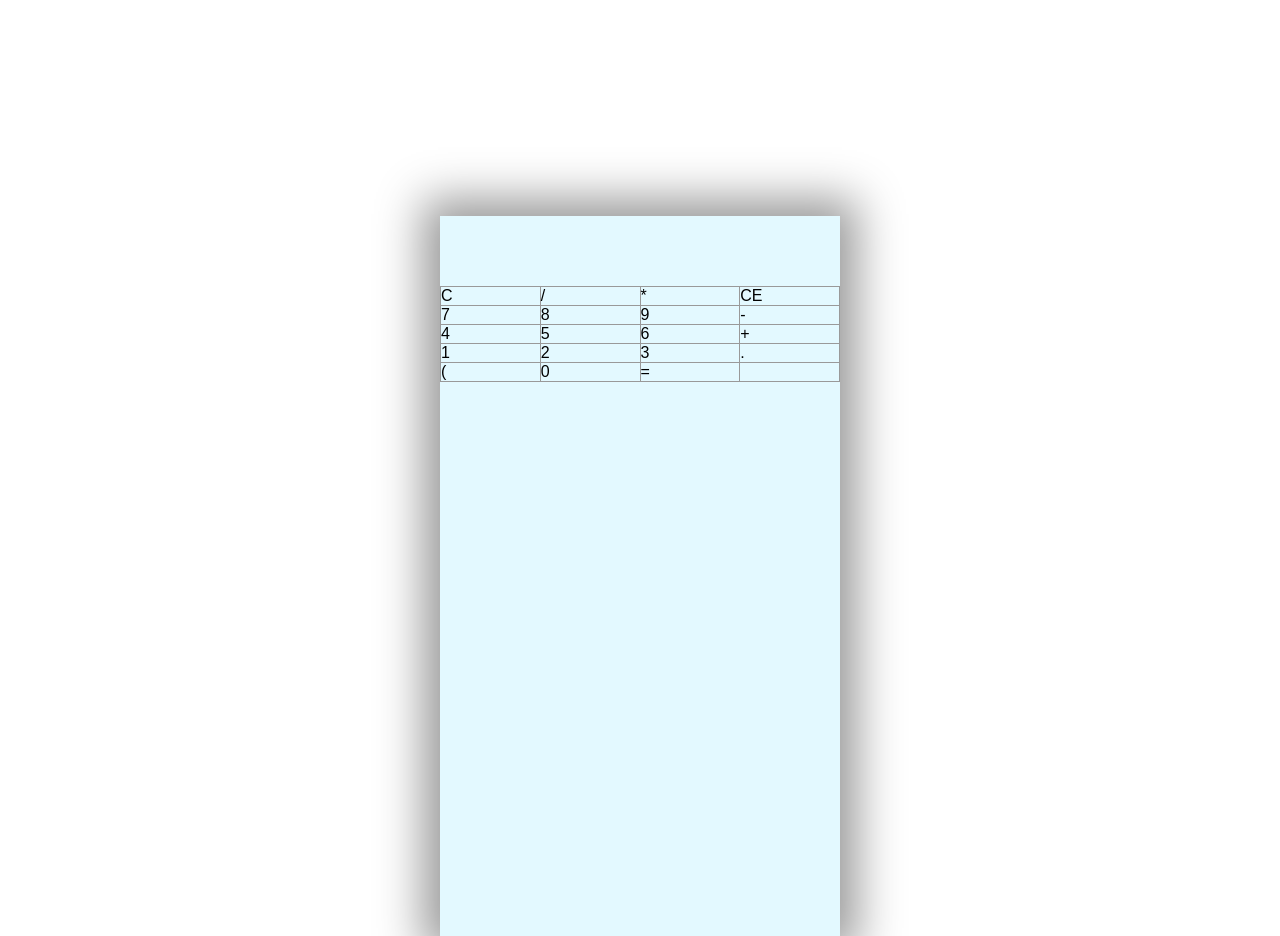
Repository: LuisMiLR/Calculatrice-with-JS---HTML---CSS-
Page: index.html
These files come from the project's save history. The page is drawn as it stood at one moment and after the next save; the edit follows.
The browser window is 1280 px wide. The pictures show the whole page.

Above is the page before, as saved 2023-03-20 15:18:31.

### index.html
<!DOCTYPE html>
<html lang="fr">
<head>
    <meta charset="UTF-8">
    <meta http-equiv="X-UA-Compatible" content="IE=edge">
    <meta name="viewport" content="width=device-width, initial-scale=1.0">
    <title>Calculator with javascript</title>
    <link rel="stylesheet" href="./style.css">
    <script src="app.js" type="module"></script>
</head>
<body>
    <div class="container"></div>

</body>
</html>

### style.css
*{
    padding: 0;
    margin: 0;
    font-family: sans-serif;
    box-sizing: border-box;
}

.container {
    width: 400px;
    height: 100vh;
    background:#e3f9ff;
    margin: 10vh auto 0 auto;
    margin-top: 30vh;
    box-shadow: 0px 0px 43px 17px rgba(153,153,153,1);
}
#display {
    text-align: right;
    backgroundcolor: #83ba15;
    height: 70px;
    line-height: 70px;
    padding: 16px 8px;
    font-size: 25px;
}

.buttons {
    display: grid;
    border-bottom: 1px solid #999;
    border-left: 1px solid #999;
    grid-template-columns: 1fr 1fr 1fr 1fr;
}

.buttons > div {
    border-top: 1px solid #999;
    border-right: 1px solid #999;
}
.button1, .button2, .button3, .button4, .button5, .button6, .button7,.button8, .button9, .button10, .button11, .button12, .button13, .button14, .button15, .button16, .button17, .button18, .button19 {
    border:  0.5px solid #999;
    line-height: 100px;
    text-align: center;
    font-size: 25px;
    cursor: pointer;
}

#equal {
    background-color: #5555ff;
    color : white;
}

.button1:hover, .button2:hover, .button3:hover, .button4:hover, .button5:hover, .button6:hover, .button7:hover, .button8:hover, .button9:hover, .button10:hover, .button11:hover, .button12:hover, .button13:hover, .button14:hover, .button15:hover, .button16:hover, .button17:hover, .button18:hover, .button19:hover {
background-color: #83ba15;
color: white;
transition: 0.5 ease-in-out;
}

### app.js
document.addEventListener('DOMContentLoaded', () => {
const container = document.querySelector('.container');

const divId = document.createElement("div");
container.appendChild(divId);
divId.id = 'display';

const buttons = document.createElement("div");
buttons.classList.add("buttons");
container.appendChild(buttons);

const button = document.createElement('div');
button.className = "bouton";
button.textContent = "C";
buttons.appendChild(button);

const button1 = document.createElement('div');
button1.className = "bouton1";
button1.textContent = "/";
buttons.appendChild(button1);

const button2 = document.createElement('div');
button2.className = "bouton2";
button2.textContent = "*";
buttons.appendChild(button2);

const button3 = document.createElement('div');
button3.className = "bouton3";
button3.textContent = "CE";
buttons.appendChild(button3);

const button4 = document.createElement('div');
button4.className = "bouton4";
button4.textContent = "7";
buttons.appendChild(button4);

const button5 = document.createElement('div');
button5.className = "bouton5";
button5.textContent = "8";
buttons.appendChild(button5);

const button6 = document.createElement('div');
button6.className = "bouton6";
button6.textContent = "9";
buttons.appendChild(button6);

const button7 = document.createElement('div');
button7.className = "bouton7";
button7.textContent = "-";
buttons.appendChild(button7);

const button8 = document.createElement('div');
button8.className = "bouton8";
button8.textContent = "4";
buttons.appendChild(button8);

const button9 = document.createElement('div');
button9.className = "bouton9";
button9.textContent = "5";
buttons.appendChild(button9);

const button10 = document.createElement('div');
button10.className = "bouton10";
button10.textContent = "6";
buttons.appendChild(button10);

const button11 = document.createElement('div');
button11.className = "bouton11";
button11.textContent = "+";
buttons.appendChild(button11);

const button12 = document.createElement('div');
button12.className = "bouton12";
button12.textContent = "1";
buttons.appendChild(button12);

const button13 = document.createElement('div');
button13.className = "bouton13";
button13.textContent = "2";
buttons.appendChild(button13);

const button14 = document.createElement('div');
button14.className = "bouton14";
button14.textContent = "3";
buttons.appendChild(button14);

const button15 = document.createElement('div');
button15.className = "bouton15";
button15.textContent = ".";
buttons.appendChild(button15);

const button16 = document.createElement('div');
button16.className = "bouton16";
button16.textContent = "(";
buttons.appendChild(button16);

const button17 = document.createElement('div');
button17.className = "bouton17";
button17.textContent = "0";
buttons.appendChild(button17);

const button18 = document.createElement('div');
button18.className = "bouton18";
button18.textContent = ")";
buttons.appendChild(button18);

const button19 = document.createElement("div");
button19.setAttribute("id","button19");
button18.textContent = "=";
buttons.appendChild(button19);

})

After the next save:
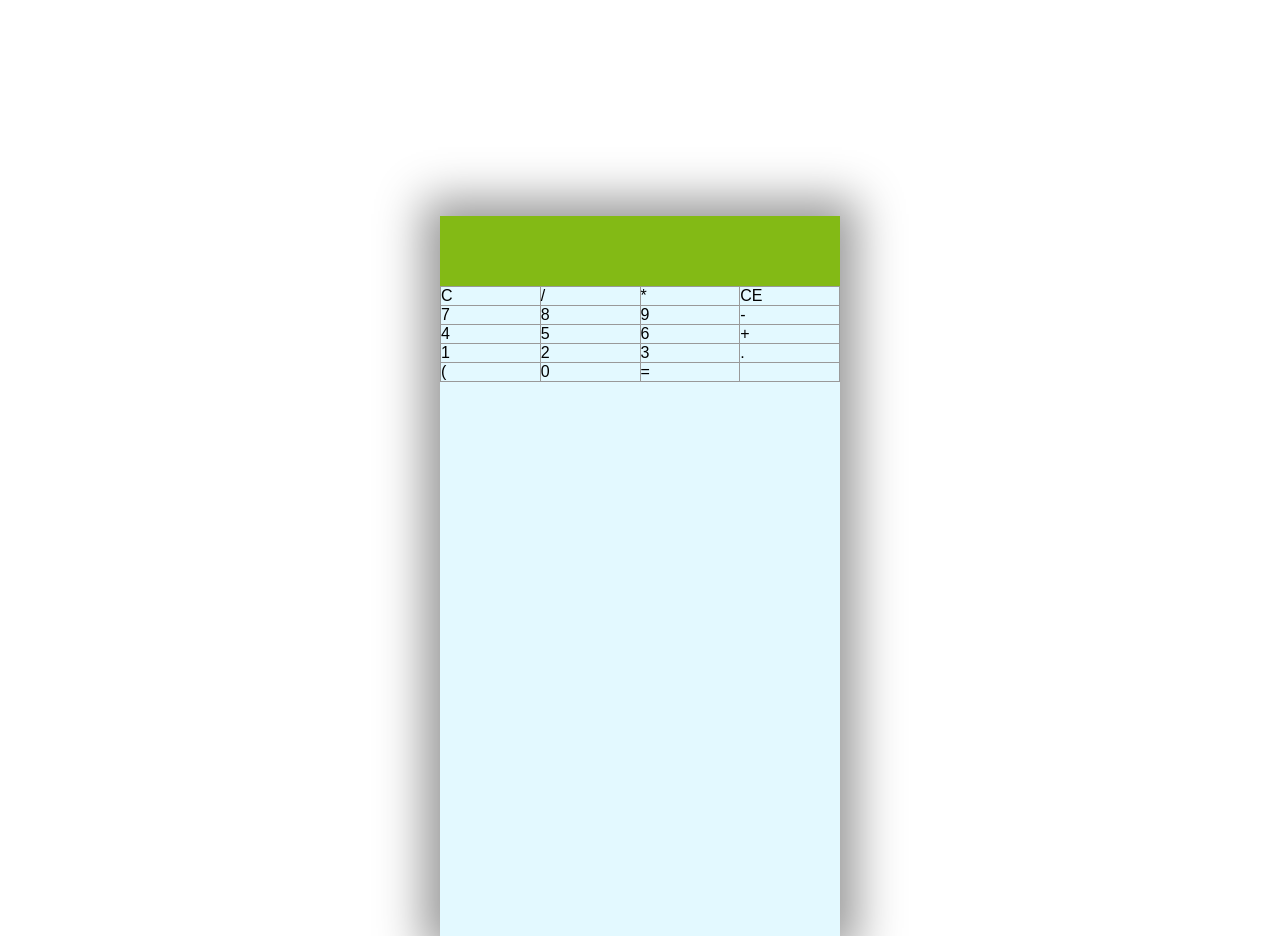
Saved 7 s later.
--- a/style.css
+++ b/style.css
@@ -15,7 +15,7 @@
 }
 #display {
     text-align: right;
-    backgroundcolor: #83ba15;
+    background-color: #83ba15;
     height: 70px;
     line-height: 70px;
     padding: 16px 8px;
